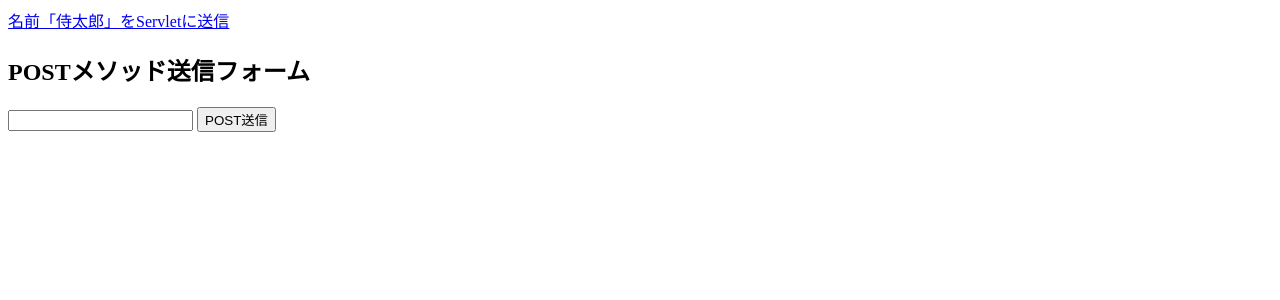
Repository: YuTera58/Eclipse_Workspace_Tera58
Page: http://localhost/kadai_link_tag/
An editor plug-in stored every save of this project. The page is shown before and after the next save, followed by the edit.
The browser window is 1280 px wide. The pictures show the whole page.
The page is served by Tomcat 9. Other server files are loaded and not shown.

Above is the page before, as saved 2025-05-13 14:05:07.

### kadai_link_tag/index.jsp
<%-- コンテンツタイプを指定 --%>
<%@ page contentType="text/html; charset=UTF-8" %>

<html>
    <head>
        <title></title>
    </head>
    <body>
        <%-- リンクのクリック時にServletへデータを渡す(GETメソッド) --%>
        <a href="<%= request.getContextPath() %>/j2s?user=「侍太郎」">名前「侍太郎」をServletに送信</a>

        <%-- フォームの送信時にServletへデータを渡す(POSTメソッド) --%>
        <h2>POSTメソッド送信フォーム</h2>
        <form action="<%= request.getContextPath() %>/j2s" method="post">
            <input type="text" name="user">
            <input type="submit" value="POST送信">
        </form>
    </body>
</html>

After the next save:
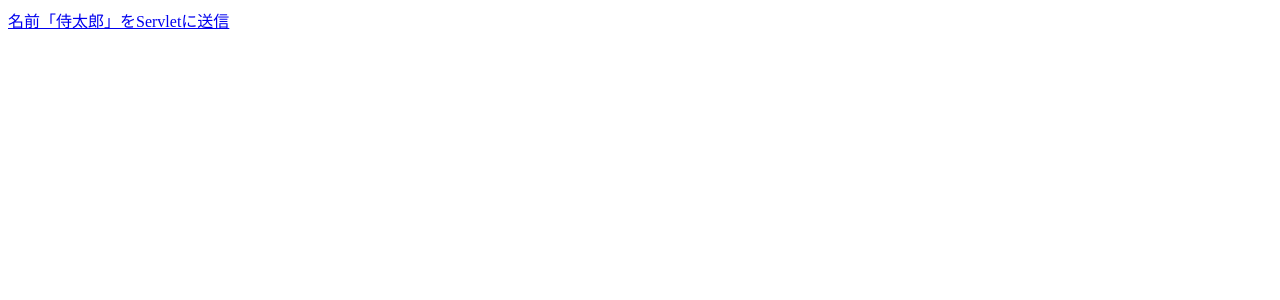
Saved 2 min 12 s later.
--- a/kadai_link_tag/index.jsp
+++ b/kadai_link_tag/index.jsp
@@ -8,12 +8,5 @@
     <body>
         <%-- リンクのクリック時にServletへデータを渡す(GETメソッド) --%>
         <a href="<%= request.getContextPath() %>/j2s?user=「侍太郎」">名前「侍太郎」をServletに送信</a>
-
-        <%-- フォームの送信時にServletへデータを渡す(POSTメソッド) --%>
-        <h2>POSTメソッド送信フォーム</h2>
-        <form action="<%= request.getContextPath() %>/j2s" method="post">
-            <input type="text" name="user">
-            <input type="submit" value="POST送信">
-        </form>
     </body>
 </html>
